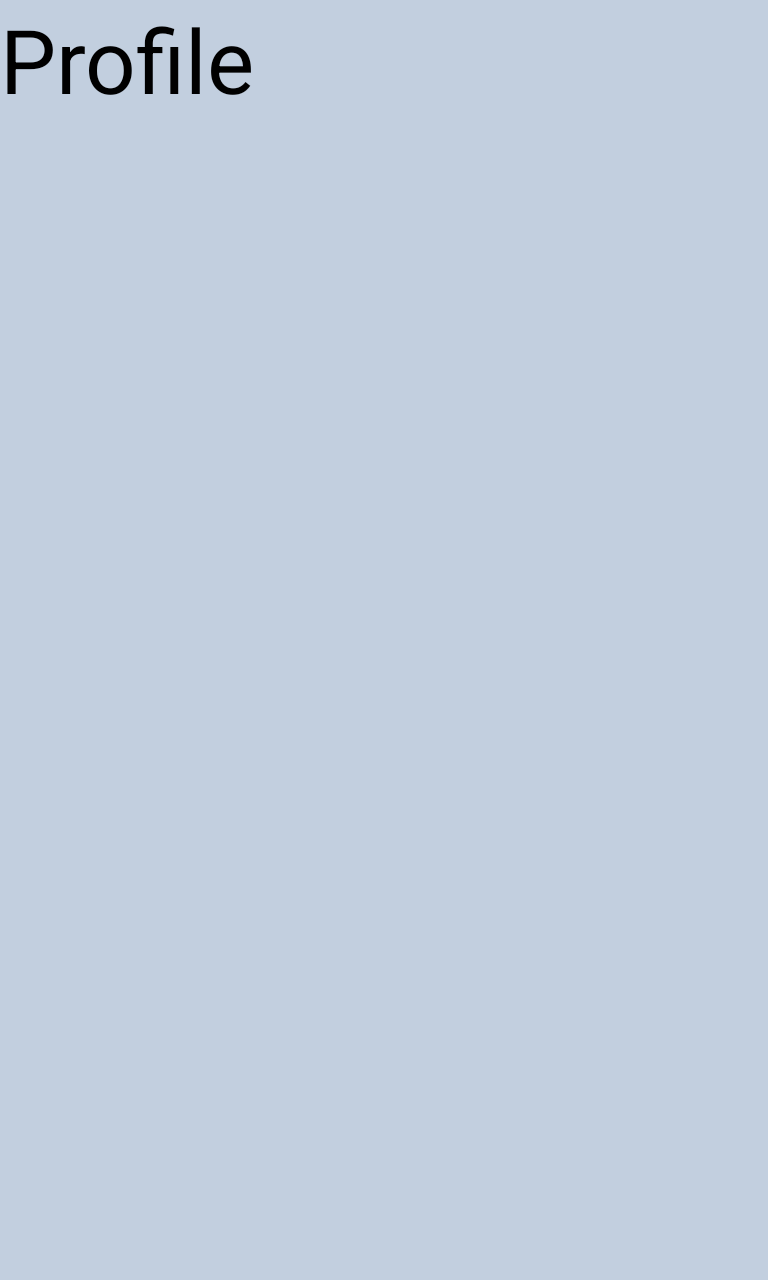
Repository: parinya1968/My-project
Layout: DroidWork/getBig/res/layout/viewprofiles.xml
These files come from the project's save history. The layout is drawn as it stood at one moment and after the next save; the edit follows.
It is drawn on a 768 x 1280 px phone screen (xhdpi) without system bars, with theme android:Theme.NoTitleBar.Fullscreen; the app's code is not run.

Above is the layout before, as saved 2012-06-21 03:34:10.

### DroidWork/getBig/res/layout/viewprofiles.xml
<?xml version="1.0" encoding="utf-8"?>
<LinearLayout xmlns:android="http://schemas.android.com/apk/res/android"
    android:layout_width="fill_parent"
    android:layout_height="fill_parent"
    android:orientation="vertical"
    android:background="#C2CFDF" >

    <TextView
        android:id="@+id/textView1"
        android:layout_width="wrap_content"
        android:layout_height="wrap_content"
        android:textColor="#000000"
        android:textSize="20pt"
        android:text="Profile" />

</LinearLayout>

After the next save:
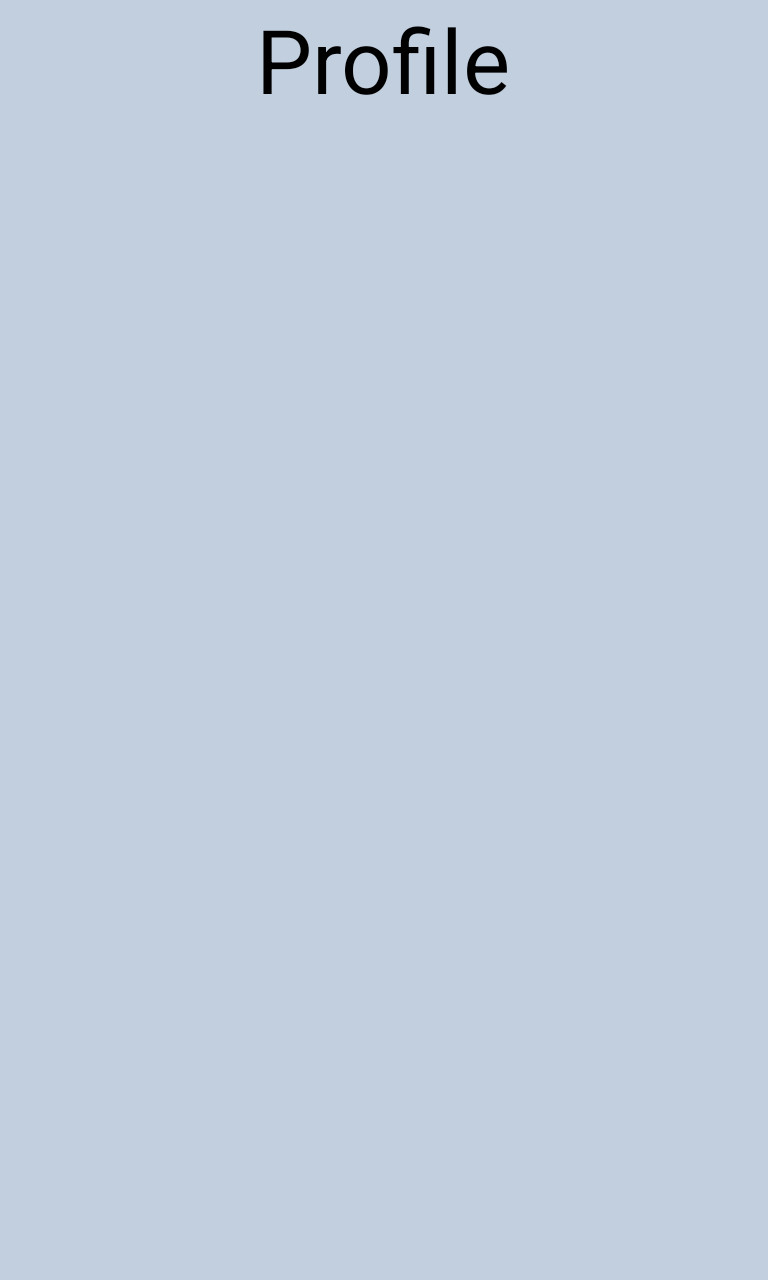
Saved 6 s later.
--- a/DroidWork/getBig/res/layout/viewprofiles.xml
+++ b/DroidWork/getBig/res/layout/viewprofiles.xml
@@ -5,12 +5,14 @@
     android:orientation="vertical"
     android:background="#C2CFDF" >
 
+
     <TextView
         android:id="@+id/textView1"
         android:layout_width="wrap_content"
         android:layout_height="wrap_content"
+        android:layout_gravity="center"
+        android:text="Profile"
         android:textColor="#000000"
-        android:textSize="20pt"
-        android:text="Profile" />
+        android:textSize="20pt" />
 
 </LinearLayout>
